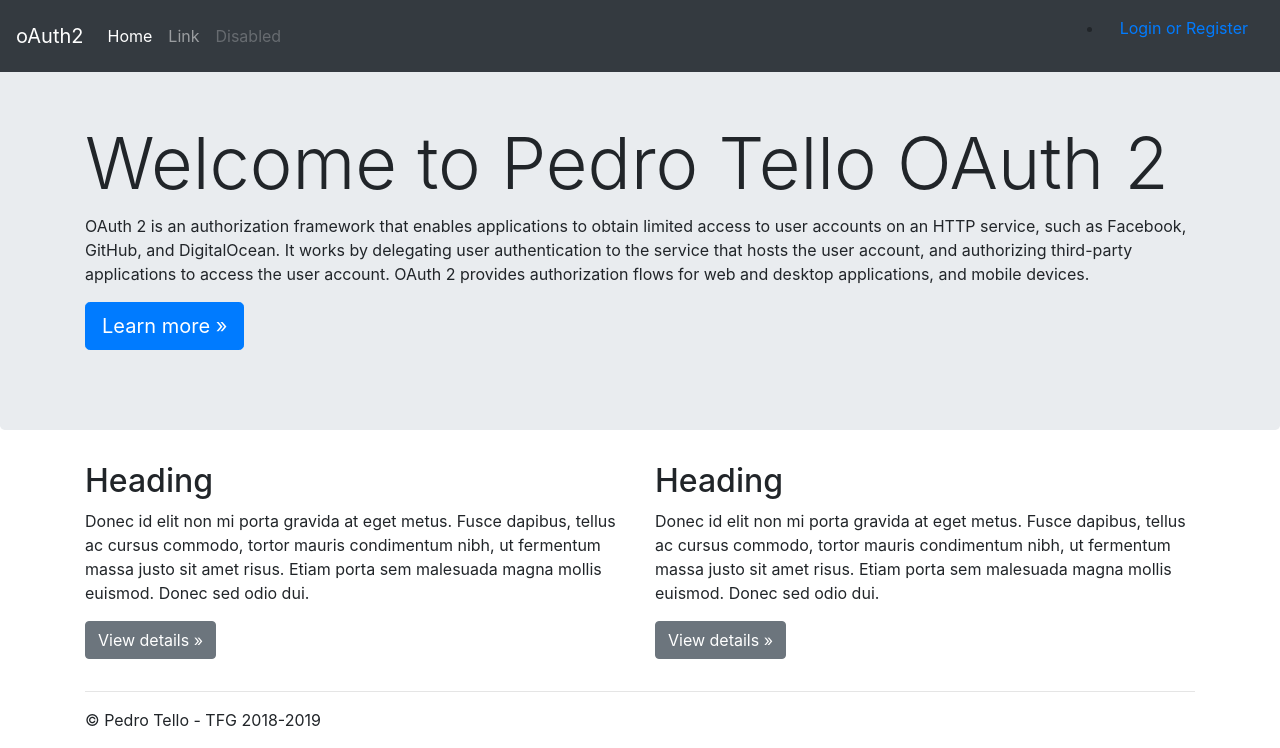
Repository: Xevit/eclipse-workspace
Page: AplicationOAuth2/src/main/webapp/index.html
An editor plug-in stored every save of this project. The page is shown before and after the next save, followed by the edit.
The browser window is 1280 px wide. The pictures show the whole page.
Some web libraries are served in a nearby version.

Above is the page before, as saved 2018-08-15 23:25:24.

After the next save:
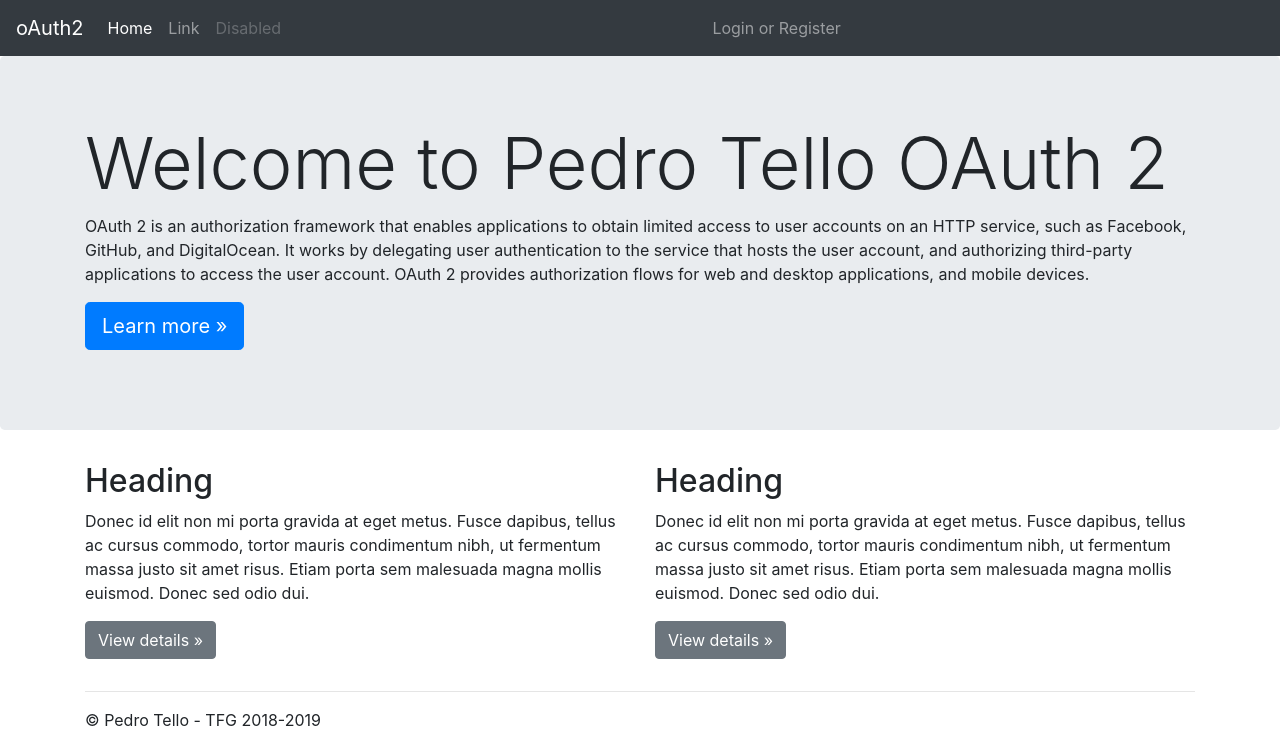
Saved 23 s later.
--- a/AplicationOAuth2/src/main/webapp/index.html
+++ b/AplicationOAuth2/src/main/webapp/index.html
@@ -32,7 +32,7 @@
             </div>
           </li>-->
         </ul>
-        <ul>
+        <ul class="navbar-nav mr-auto">
           <li class="nav-item">
             <a class="nav-link" href="login.html">Login or Register</a>
           </li>
